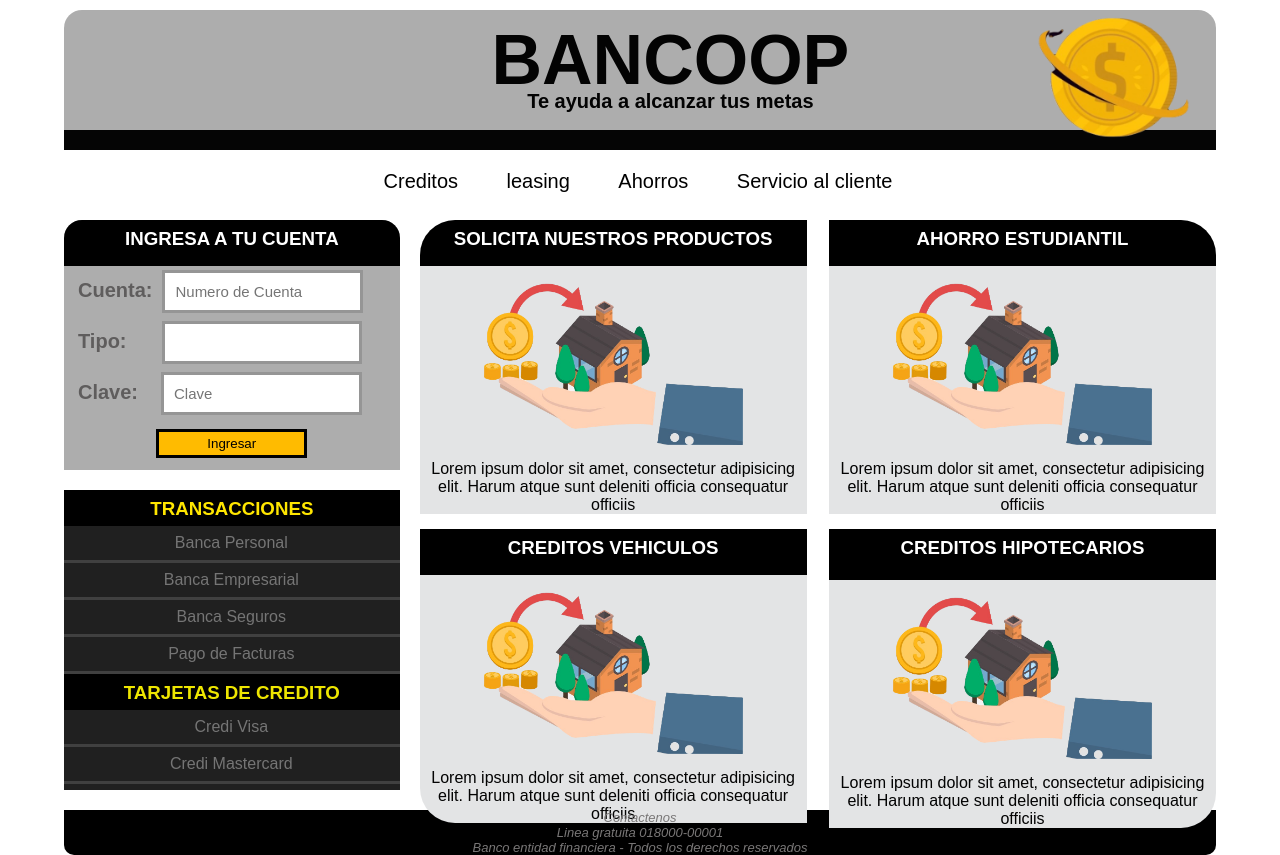
Repository: NickArregoces/BANCOOP
Page: Index.html
The author's editor kept a copy of each file at every save. The page is drawn from the files as they stood at one save, then again after a run of saves.
The browser window is 1280 px wide. The pictures show the whole page.

Above is the page before, as saved 2021-10-04 17:47:15.

After the next 2 saves:
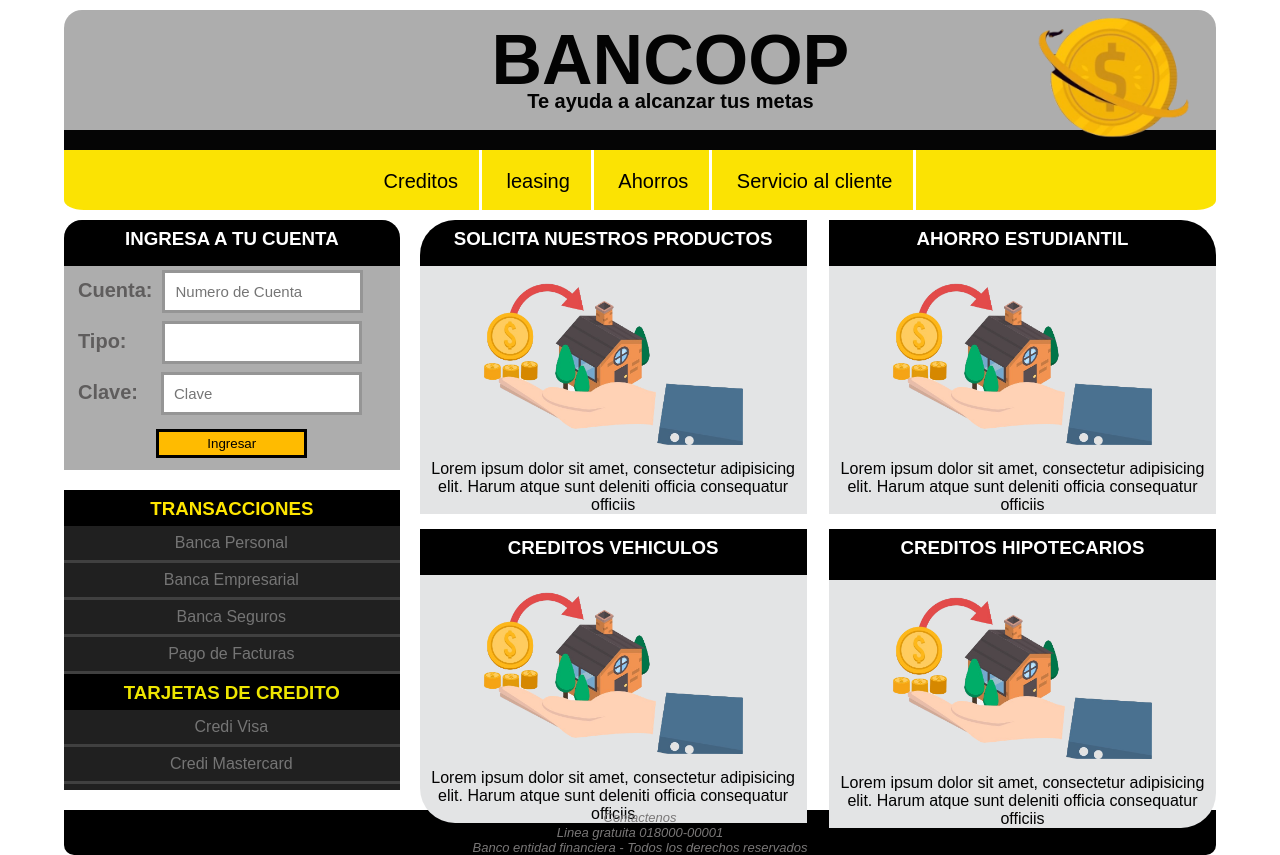
The 2 saves are shown as one change because they came seconds apart.
The last was saved 7 s later.
--- a/CSS/Style.css
+++ b/CSS/Style.css
@@ -49,7 +49,7 @@ div.navegador{
     ul.menu{
         border-bottom-left-radius: 20px 10px;
         border-bottom-right-radius: 20px 10px;
-        color: rgb(251, 227, 3);
+        background: rgb(251, 227, 3);
         height: 60px;
         list-style: none;
         padding: 0;
